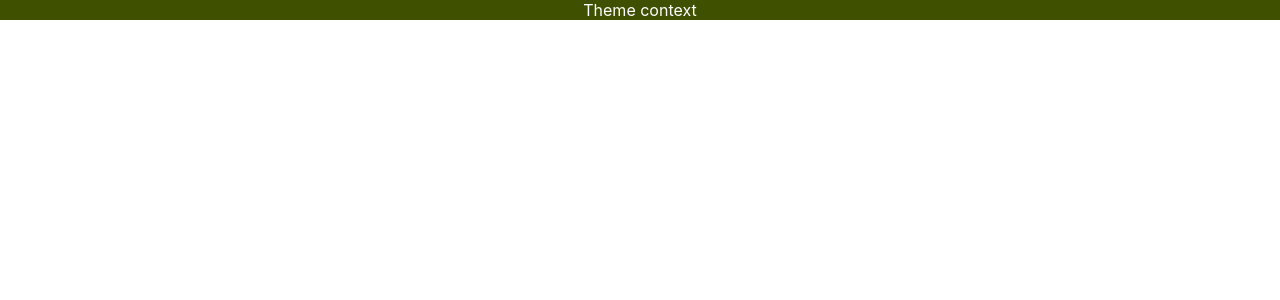
Repository: vuongtm1999/ALTA-exercise-1
Page: /
An editor plug-in stored every save of this project. The page is shown before and after the next save, followed by the edit.
The browser window is 1280 px wide. The pictures show the whole page.
The project was rebuilt for these pictures with package versions that can differ from the ones it lists, and the page was loaded fresh each time.

Above is the page before, as saved 2022-10-26 10:30:31.

### src/App.tsx
import './App.css';
import { Box } from './Context/Box';
import { ThemeContextProvider } from './Context/ThemeContext';
import { Counter } from './state/Couner';


function App() {
  // const personName = {
  //   firstName: "Vuong",
  //   lastName: "Tran",
  // }

  // const listName = [
  //   {
  //     firstName: "Vuong",
  //     lastName: "Tran",
  //   },
  //   {
  //     firstName: "Thuy",
  //     lastName: "Tran",
  //   },
  //   {
  //     firstName: "Bui",
  //     lastName: "Phuoc",
  //   }
  // ]
  return (
    <div className="App">
      <ThemeContextProvider>
        <Box />
      </ThemeContextProvider>
    </div>
  );
}

export default App;

### src/Context/Box.tsx
import { useContext } from 'react'
import { ThemeContext } from './ThemeContext'

export const Box = () => {
  const theme = useContext(ThemeContext)
  return (
    <div
      style={{
        backgroundColor: theme.primary.main,
        color: theme.primary.text
      }}>
      Theme context
    </div>
  )
}

### src/Context/ThemeContext.tsx
import React, { createContext } from 'react'
import { theme } from './theme'

//2
type ThemeContextProviderProps = {
  children: React.ReactNode
}

//1
export const ThemeContext = createContext(theme)

export const ThemeContextProvider = ({
  children
}: any) => {
    //2 thuộc tính value là giá trị mặc định
  return <ThemeContext.Provider value={{
    primary: {
        main: '#3f5100',
        text: '#fff'
    },
    secondary: {
        main: '#f50057',
        text: '#fff'
    }
}}>{children}</ThemeContext.Provider>
}

### src/Context/theme.ts
export const theme = {
    primary: {
        main: '#3f51b5',
        text: '#fff'
    },
    secondary: {
        main: '#f50057',
        text: '#fff'
    }
}

Loaded but not shown: public/index.html (common file); src/index.tsx (common file); src/index.css (common file); src/reportWebVitals.ts (common file); src/App.css (common file)

After the next save:
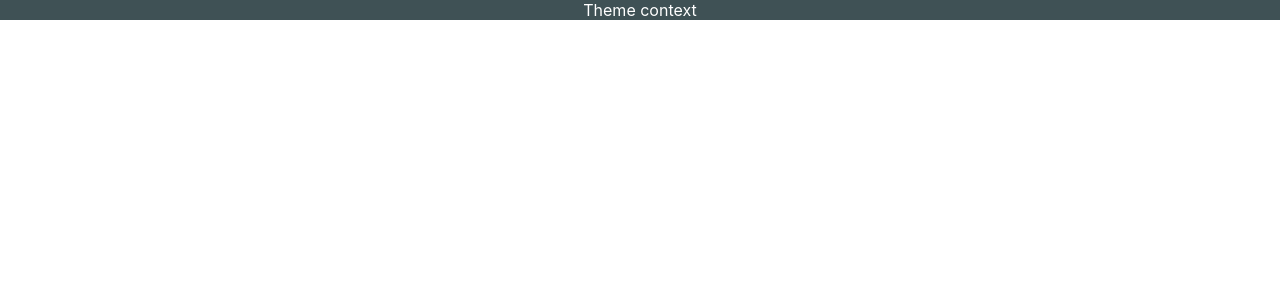
Saved 5 s later.
--- a/src/Context/ThemeContext.tsx
+++ b/src/Context/ThemeContext.tsx
@@ -15,7 +15,7 @@ export const ThemeContextProvider = ({
     //2 thuộc tính value là giá trị mặc định
   return <ThemeContext.Provider value={{
     primary: {
-        main: '#3f5100',
+        main: '#3f5155',
         text: '#fff'
     },
     secondary: {
